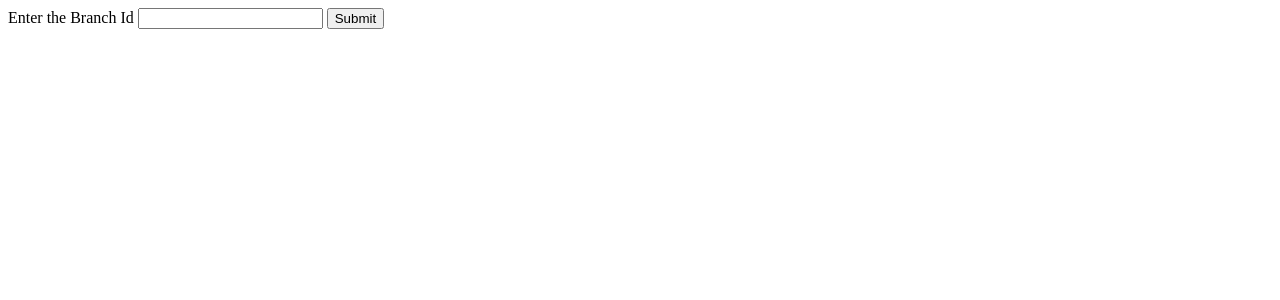
Repository: Jeevith-U/Advance-Java
Page: http://localhost/Food_App/delete.jsp
These files come from the project's save history. The page is drawn as it stood at one moment and after the next save; the edit follows.
The browser window is 1280 px wide. The pictures show the whole page.
The page is served by Tomcat 9.

Above is the page before, as saved 2023-08-25 08:32:03.

After the next save:
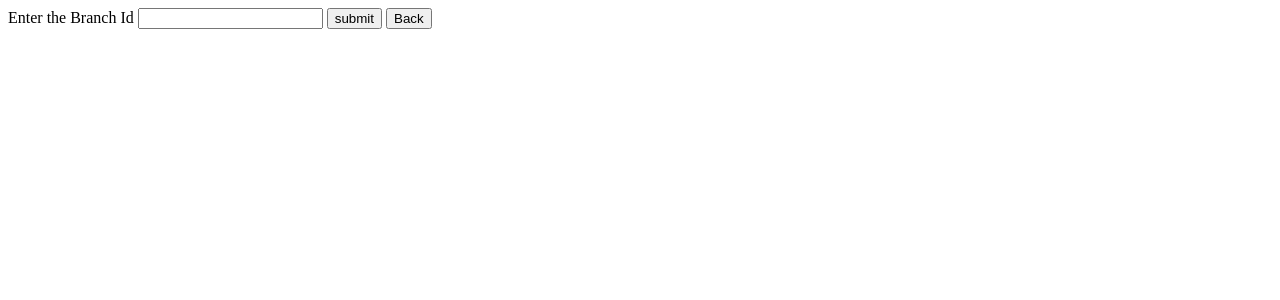
Saved 43 s later.
--- a/Projects/Food_App/src/main/webapp/delete.jsp
+++ b/Projects/Food_App/src/main/webapp/delete.jsp
@@ -12,7 +12,10 @@
 
 <form action="delete" method="post">
 <td> Enter the Branch Id  <input type="number" name ="number"></td>
-<td> <input type="submit"></td>
+<td colspan="2px" align="center"> <input type="submit" value = "submit"><!-- </td> -->
+               <!-- tdcolspan="2px" align="center"> --><a href="manager.jsp" colspan="2px" align="center"><button>Back</button></a></td>
+
+
 </form>
 </body>
 </html>
